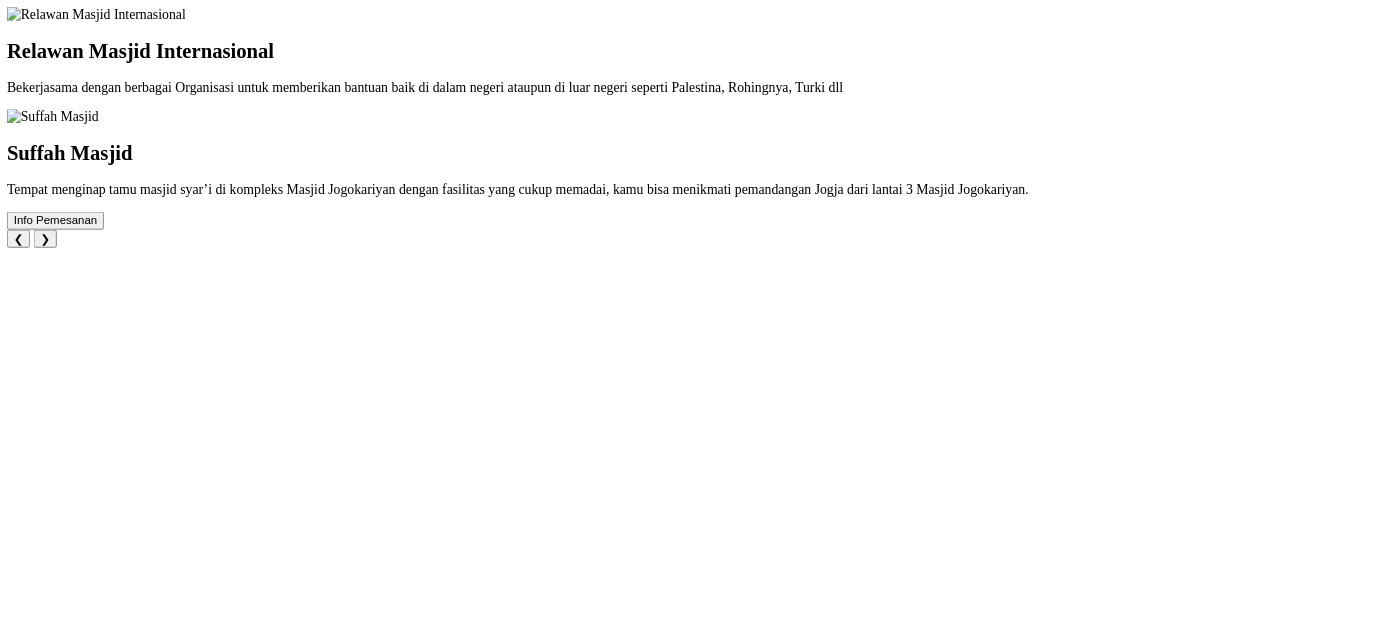
Repository: Mahesa1119/Masjid-Tablighin
Page: index.html
The author's editor kept a copy of each file at every save. The page is drawn from the files as they stood at one save, then again after the next save.
The browser window is 1280 px wide. The page is 1280 px wide, then 1608 px, so the pictures cover 1608 px, including what lies to the right of the window. The pictures show the whole page, at 86% of full size.

Above is the page before, as saved 2024-11-18 18:29:01.
Not found: relawan-mdasji.jpg
Not found: scripts.js
Not found: styles.css

### index.html
<!DOCTYPE html>
<html lang="en">
<head>
  <meta charset="UTF-8">
  <meta name="viewport" content="width=device-width, initial-scale=1.0">
  <title>Slider Masjid</title>
  <link rel="stylesheet" href="styles.css">
</head>
<body>
  <div class="slider">
    <div class="slides">
      <!-- Slide 1 -->
      <div class="slide">
        <img src="relawan-mdasji.jpg" alt="Relawan Masjid Internasional">
        <div class="content">
          <h2>Relawan Masjid Internasional</h2>
          <p>Bekerjasama dengan berbagai Organisasi untuk memberikan bantuan baik di dalam negeri ataupun di luar negeri seperti Palestina, Rohingnya, Turki dll</p>
        </div>
      </div>
      <!-- Slide 2 -->
      <div class="slide">
        <img src="suffah-masjid.jpg" alt="Suffah Masjid">
        <div class="content">
          <h2>Suffah Masjid</h2>
          <p>Tempat menginap tamu masjid syar’i di kompleks Masjid Jogokariyan dengan fasilitas yang cukup memadai, kamu bisa menikmati pemandangan Jogja dari lantai 3 Masjid Jogokariyan.</p>
          <button>Info Pemesanan</button>
        </div>
      </div>
    </div>
    <!-- Navigasi -->
    <button class="prev" onclick="moveSlide(-1)">&#10094;</button>
    <button class="next" onclick="moveSlide(1)">&#10095;</button>
  </div>
  <script src="scripts.js"></script>
</body>
</html>

After the next save:
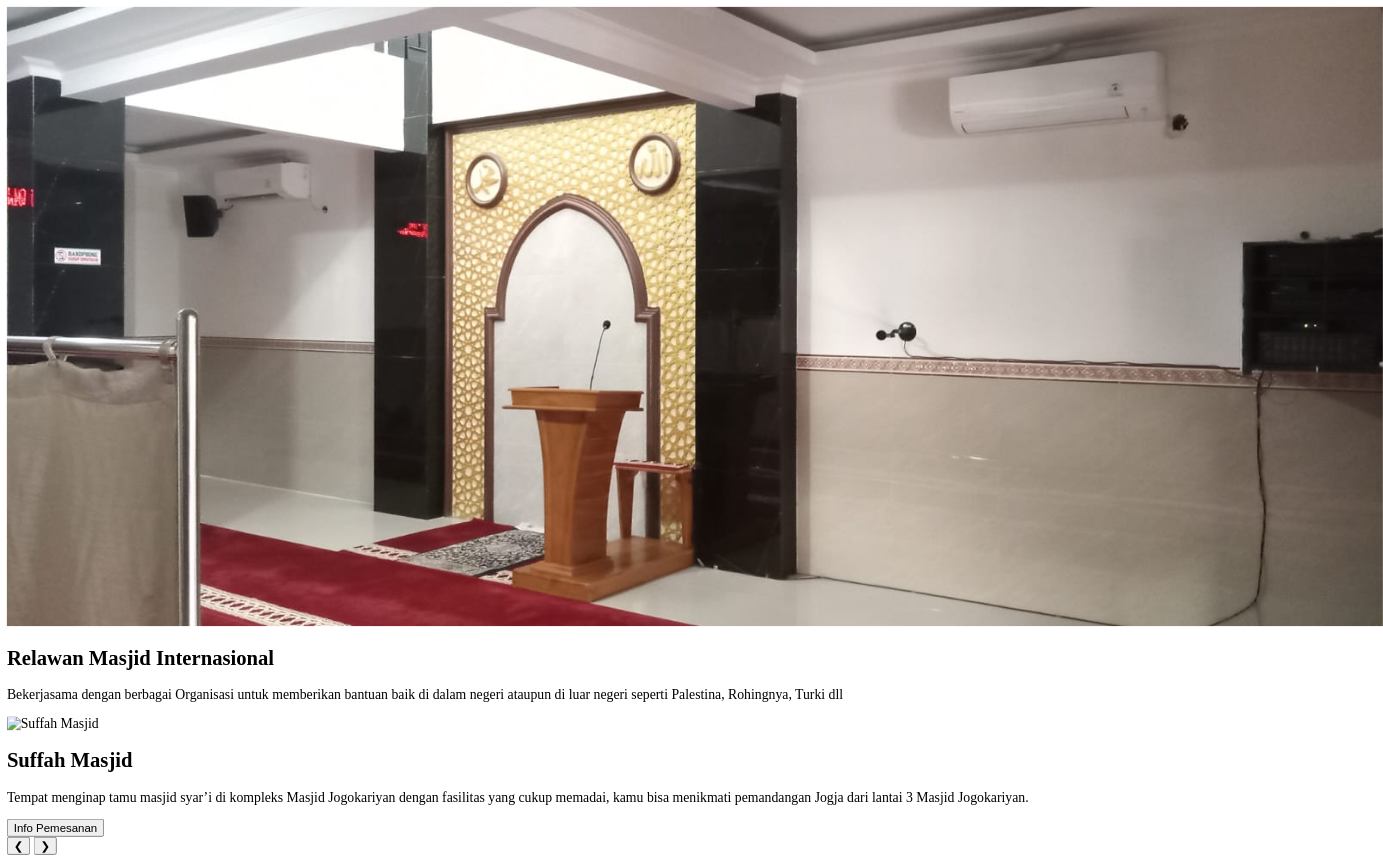
Saved 6 s later.
--- a/index.html
+++ b/index.html
@@ -11,7 +11,7 @@
     <div class="slides">
       <!-- Slide 1 -->
       <div class="slide">
-        <img src="relawan-mdasji.jpg" alt="Relawan Masjid Internasional">
+        <img src="bgimam.jpg" alt="Relawan Masjid Internasional">
         <div class="content">
           <h2>Relawan Masjid Internasional</h2>
           <p>Bekerjasama dengan berbagai Organisasi untuk memberikan bantuan baik di dalam negeri ataupun di luar negeri seperti Palestina, Rohingnya, Turki dll</p>
